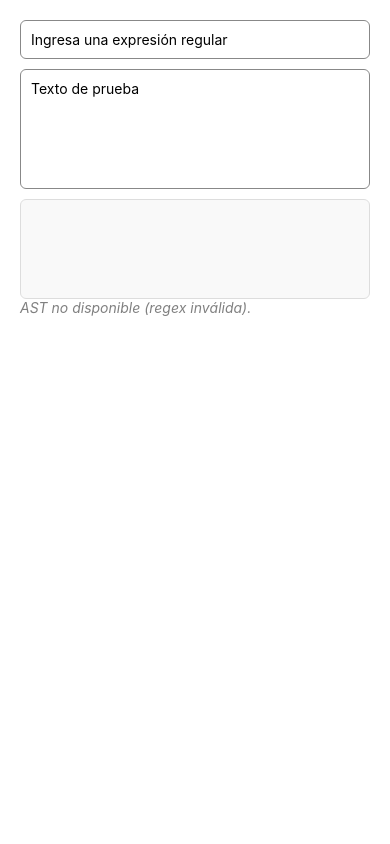
Repository: xunxuno/RegEx
Page: /
An editor plug-in stored every save of this project. The page is shown before and after the next save, followed by the edit.
The browser window is 390 px wide. The pictures show the whole page.
The app was drawn by React Native's web renderer in a window 390 px wide. The project was rebuilt for these pictures with package versions that can differ from the ones it lists, and the page was loaded fresh each time. Some packages were replaced by stand-ins written for this rebuild. Also part of the build but not shown: src/features/regexTester/components/molecules/MatchResult.tsx, src/features/regexTester/components/organisms/RailDiagram.tsx.

Above is the page before, as saved 2025-06-26 16:53:10.

### App.tsx
import React from 'react';
import { SafeAreaProvider } from 'react-native-safe-area-context';
import { RegexTesterScreen } from './src/features/regexTester/presentation/screens/RegexTesterScreen';

export default function App() {
  return (
    <SafeAreaProvider>
      <RegexTesterScreen />
    </SafeAreaProvider>
  );
}

### src/features/regexTester/presentation/screens/RegexTesterScreen.tsx
import React from 'react';
import { View, StyleSheet, ScrollView, KeyboardAvoidingView, Text} from 'react-native';
import { RegexInput } from '../../components/atoms/RegexInput';
import { TestTextInput } from '../../components/atoms/TestTextInput';
import { MatchResult } from '../../components/molecules/MatchResult';
import { useRegexTesterViewModel } from '../viewmodel/useRegexTesterViewModel';
import { ASTViewer } from '../../components/molecules/ASTViewer';
import { RailDiagram } from '../../components/organisms/RailDiagram';

export const RegexTesterScreen: React.FC = () => {
  const {
    regex,
    testText,
    setRegex,
    setTestText,
    matches,
    ast,
  } = useRegexTesterViewModel();

  return (
    <ScrollView contentContainerStyle={styles.container}>
      <RegexInput value={regex} onChange={setRegex} />
      <TestTextInput value={testText} onChange={setTestText} />
      <View style={styles.result}>
          <MatchResult text={testText} matches={matches} />
        </View>
        <ASTViewer ast={ast} />
        {ast && <RailDiagram ast={ast} />}
    </ScrollView>
  );
};

const styles = StyleSheet.create({
  flex: {
    flex: 1,
  },
  container: {
    padding: 20,
    flexGrow: 1,
    justifyContent: 'flex-start',
  },
  inputs: {
    marginBottom: 20,
  },
  result: {
    minHeight: 100,
    borderWidth: 1,
    borderColor: '#ddd',
    borderRadius: 6,
    padding: 10,
    backgroundColor: '#f9f9f9',
  },
});

### src/features/regexTester/components/atoms/RegexInput.tsx
import React from 'react';
import { TextInput, StyleSheet } from 'react-native';

interface Props {
  value: string;
  onChange: (value: string) => void;
}

export const RegexInput: React.FC<Props> = ({ value, onChange }) => (
  <TextInput
    style={styles.input}
    placeholder="Ingresa una expresión regular"
    value={value}
    onChangeText={onChange}
    autoCapitalize="none"
    autoCorrect={false}
  />
);

const styles = StyleSheet.create({
  input: {
    borderWidth: 1,
    borderColor: '#888',
    padding: 10,
    marginBottom: 10,
    borderRadius: 6,
  },
});

### src/features/regexTester/components/atoms/TestTextInput.tsx
import React from 'react';
import { TextInput, StyleSheet } from 'react-native';

interface Props {
  value: string;
  onChange: (value: string) => void;
}

export const TestTextInput: React.FC<Props> = ({ value, onChange }) => (
  <TextInput
    style={[styles.input, { height: 120 }]}
    placeholder="Texto de prueba"
    multiline
    value={value}
    onChangeText={onChange}
  />
);

const styles = StyleSheet.create({
  input: {
    borderWidth: 1,
    borderColor: '#888',
    padding: 10,
    marginBottom: 10,
    borderRadius: 6,
    textAlignVertical: 'top',
  },
});

### src/features/regexTester/presentation/viewmodel/useRegexTesterViewModel.ts
import { useState, useEffect } from 'react';
import { Pattern } from 'regexpp/ast';
import {parseRegexAst} from '../../utils/parseRegexAst';

export const useRegexTesterViewModel = () => {
  const [regex, setRegex] = useState<string>('');
  const [testText, setTestText] = useState<string>('');
  const [matches, setMatches] = useState<number[][]>([]);
  const [ast, setAst] = useState<Pattern | null>(null);

  useEffect(() => {
    if (!regex || !testText) {
      setMatches([]);
      return;
    }

    try {
      const expression = new RegExp(regex, 'gi');
      const result: number[][] = [];
      let match: RegExpExecArray | null;

      while ((match = expression.exec(testText)) !== null) {
        result.push([match.index, match.index + match[0].length]);
      }

      setMatches(result);
      const astResult = parseRegexAst(regex, 'g');
      setAst(astResult);
    } catch (err) {
      setMatches([]);
      setAst(null);
    }
  }, [regex, testText]);

  return {
    regex,
    testText,
    setRegex,
    setTestText,
    matches,
    ast,
  };
};

### src/features/regexTester/components/molecules/ASTViewer.tsx
import React from 'react';
import { View, Text, StyleSheet, Platform } from 'react-native';
import { Pattern, Node, Alternative } from 'regexpp/ast';

interface Props {
  ast: Pattern | null;
}

const translateNodeType = (type: string): string => {
  const translations: Record<string, string> = {
    Pattern: 'Patrón',
    Alternative: 'Alternativa',
    CapturingGroup: 'Grupo de captura',
    Group: 'Grupo',
    Quantifier: 'Cuantificador',
    CharacterClass: 'Clase de caracteres',
    Character: 'Carácter',
    CharacterSet: 'Conjunto de caracteres',
    Assertion: 'Aserción',
    Backreference: 'Retroreferencia',
    Literal: 'Literal',
    ExpressionCharacterClass: 'Clase de caracteres (Expresión)',
  };

  return translations[type] ?? type;
};

export const ASTViewer: React.FC<Props> = ({ ast }) => {
  if (!ast) {
    return <Text style={styles.info}>AST no disponible (regex inválida).</Text>;
  }

  const renderNode = (node: Node, depth = 0): React.ReactNode => {
    const indent = '│  '.repeat(depth);
    const label = `${indent}└─ ${translateNodeType(node.type)}`;

    const children: Node[] = [];

    if ('alternatives' in node && Array.isArray(node.alternatives)) {
      for (const alt of node.alternatives as Alternative[]) {
        children.push(...alt.elements);
      }
    }
    else if ('elements' in node && Array.isArray((node as any).elements)) {
      children.push(...(node as any).elements);
    }
    else if (
      'expression' in node &&
      node.expression &&
      typeof node.expression === 'object' &&
      'type' in node.expression
    ) {
      children.push(node.expression as Node);
    }

    return (
      <View key={`${node.type}-${node.start}`} style={styles.node}>
        <Text style={styles.text}>{label}</Text>
        {children.map((child) => renderNode(child, depth + 1))}
      </View>
    );
  };

  return (
    <View style={styles.container}>
      <Text style={styles.title}>Árbol de Sintaxis Abstracta (AST):</Text>
      {renderNode(ast)}
    </View>
  );
};

const styles = StyleSheet.create({
  container: {
    marginTop: 20,
    padding: 10,
    backgroundColor: '#eef',
    borderRadius: 6,
  },
  title: {
    fontWeight: 'bold',
    marginBottom: 8,
    color: '#333',
  },
  node: {
    marginVertical: 2,
  },
  text: {
    fontSize: 14,
    color: '#222',
    fontFamily: Platform.select({ ios: 'Courier', android: 'monospace' }),
  },
  info: {
    color: 'gray',
    fontStyle: 'italic',
  },
});

### src/features/regexTester/utils/parseRegexAst.ts
import { RegExpParser } from 'regexpp';
import { Pattern } from 'regexpp/ast';

export function parseRegexAst(pattern: string, flags: string = 'g'): Pattern | null {
  try {
    const parser = new RegExpParser({
      ecmaVersion: 2020,
    });

    const ast = parser.parsePattern(pattern, 0, pattern.length, flags.includes('u'));
    return ast;
  } catch (error) {
    console.warn('Error al generar el AST:', error);
    return null;
  }
}

Loaded but not shown: index.ts (common file)

After the next save:
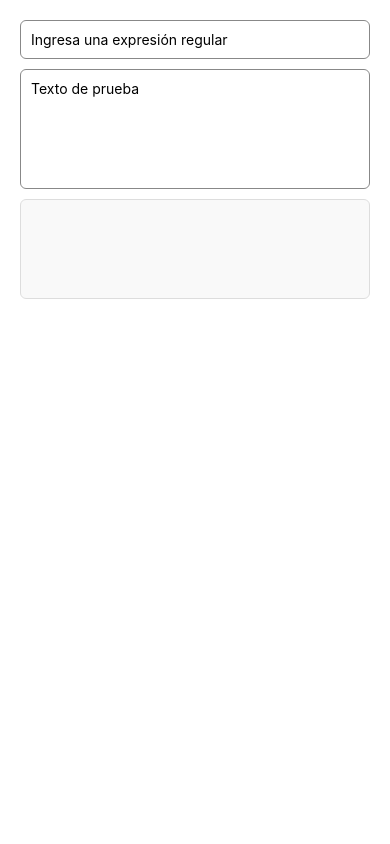
Saved 9 min 2 s later.
--- a/src/features/regexTester/presentation/screens/RegexTesterScreen.tsx
+++ b/src/features/regexTester/presentation/screens/RegexTesterScreen.tsx
@@ -1,11 +1,13 @@
 import React from 'react';
-import { View, StyleSheet, ScrollView, KeyboardAvoidingView, Text} from 'react-native';
+import { View, StyleSheet, ScrollView, KeyboardAvoidingView, Text, Button} from 'react-native';
 import { RegexInput } from '../../components/atoms/RegexInput';
 import { TestTextInput } from '../../components/atoms/TestTextInput';
 import { MatchResult } from '../../components/molecules/MatchResult';
 import { useRegexTesterViewModel } from '../viewmodel/useRegexTesterViewModel';
 import { ASTViewer } from '../../components/molecules/ASTViewer';
 import { RailDiagram } from '../../components/organisms/RailDiagram';
+import { captureRef } from 'react-native-view-shot';
+import { useRef } from 'react';
 
 export const RegexTesterScreen: React.FC = () => {
   const {
@@ -17,30 +19,54 @@ export const RegexTesterScreen: React.FC = () => {
     ast,
   } = useRegexTesterViewModel();
 
+  const diagramRef = useRef<View>(null);
+
+  const handleCapture = async () => {
+    try {
+      const uri = await captureRef(diagramRef, {
+        format: 'png',
+        quality: 1,
+      });
+      console.log('Imagen capturada:', uri);
+    } catch (error) {
+      console.error('Error al capturar diagrama:', error);
+    }
+  };
+
   return (
     <ScrollView contentContainerStyle={styles.container}>
       <RegexInput value={regex} onChange={setRegex} />
       <TestTextInput value={testText} onChange={setTestText} />
+
       <View style={styles.result}>
-          <MatchResult text={testText} matches={matches} />
-        </View>
-        <ASTViewer ast={ast} />
-        {ast && <RailDiagram ast={ast} />}
+        <MatchResult text={testText} matches={matches} />
+      </View>
+
+      {ast && <ASTViewer ast={ast} />}
+
+      {ast && (
+        <>
+          <Text style={styles.diagramLabel}>Diagrama de Ferrocarril:</Text>
+          <ScrollView horizontal showsHorizontalScrollIndicator={true}>
+            <View ref={diagramRef}>
+              <RailDiagram ast={ast} />
+            </View>
+          </ScrollView>
+
+          <View style={styles.buttonContainer}>
+            <Button title="Guardar diagrama como imagen" onPress={handleCapture} />
+          </View>
+        </>
+      )}
     </ScrollView>
   );
 };
 
 const styles = StyleSheet.create({
-  flex: {
-    flex: 1,
-  },
   container: {
     padding: 20,
     flexGrow: 1,
     justifyContent: 'flex-start',
-  },
-  inputs: {
-    marginBottom: 20,
   },
   result: {
     minHeight: 100,
@@ -49,5 +75,16 @@ const styles = StyleSheet.create({
     borderRadius: 6,
     padding: 10,
     backgroundColor: '#f9f9f9',
+    marginBottom: 10,
+  },
+  diagramLabel: {
+    fontWeight: 'bold',
+    marginTop: 20,
+    marginBottom: 10,
+    fontSize: 16,
+  },
+  buttonContainer: {
+    marginTop: 15,
+    alignItems: 'center',
   },
 });
